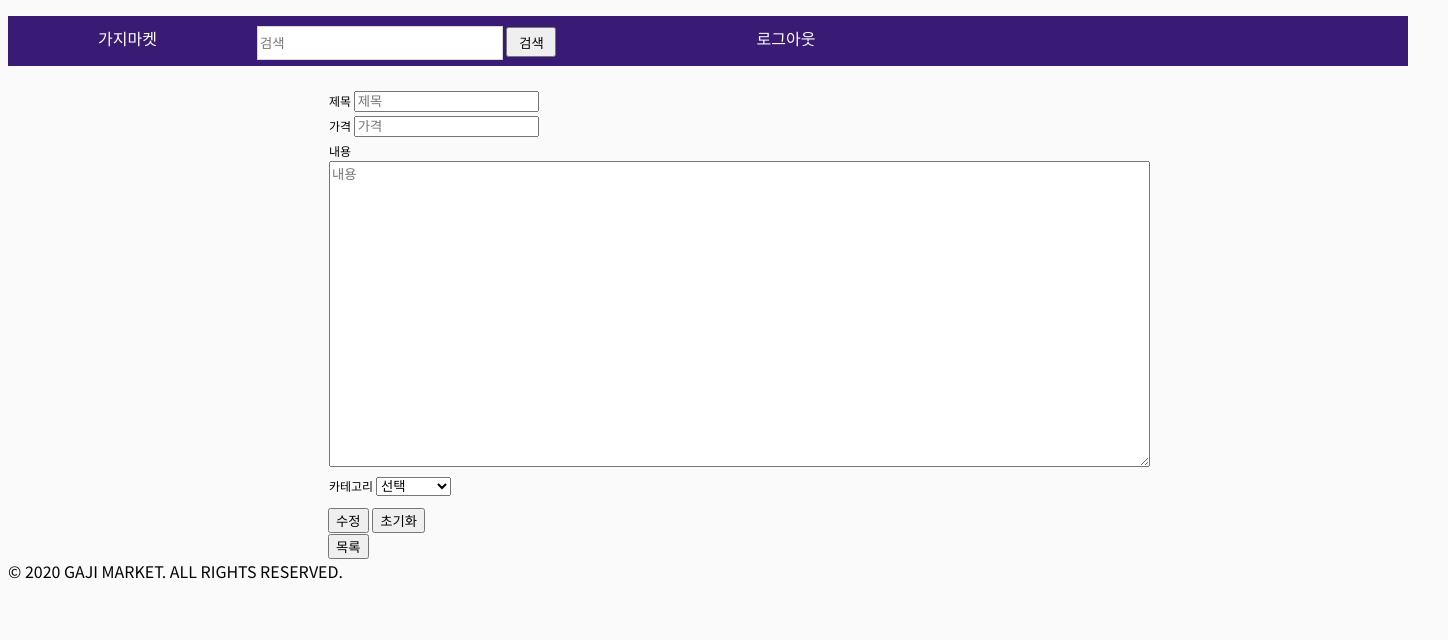
Repository: dblee0128/gajimarket
Page: http://localhost/GajiMarket/WEB-INF/views/board/modify.jsp
These files come from the project's save history. The page is drawn as it stood at one moment and after the next save; the edit follows.
The browser window is 1280 px wide. The page is 1448 px wide, so the pictures cover 1448 px, including what lies to the right of the window. The pictures show the whole page.
The page is served by Tomcat 9. Nobody is signed in. The template is opened directly, without the code that normally fills it, so the values that code supplies are empty.

Above is the page before, as saved 2020-10-30 12:39:30.

After the next save:
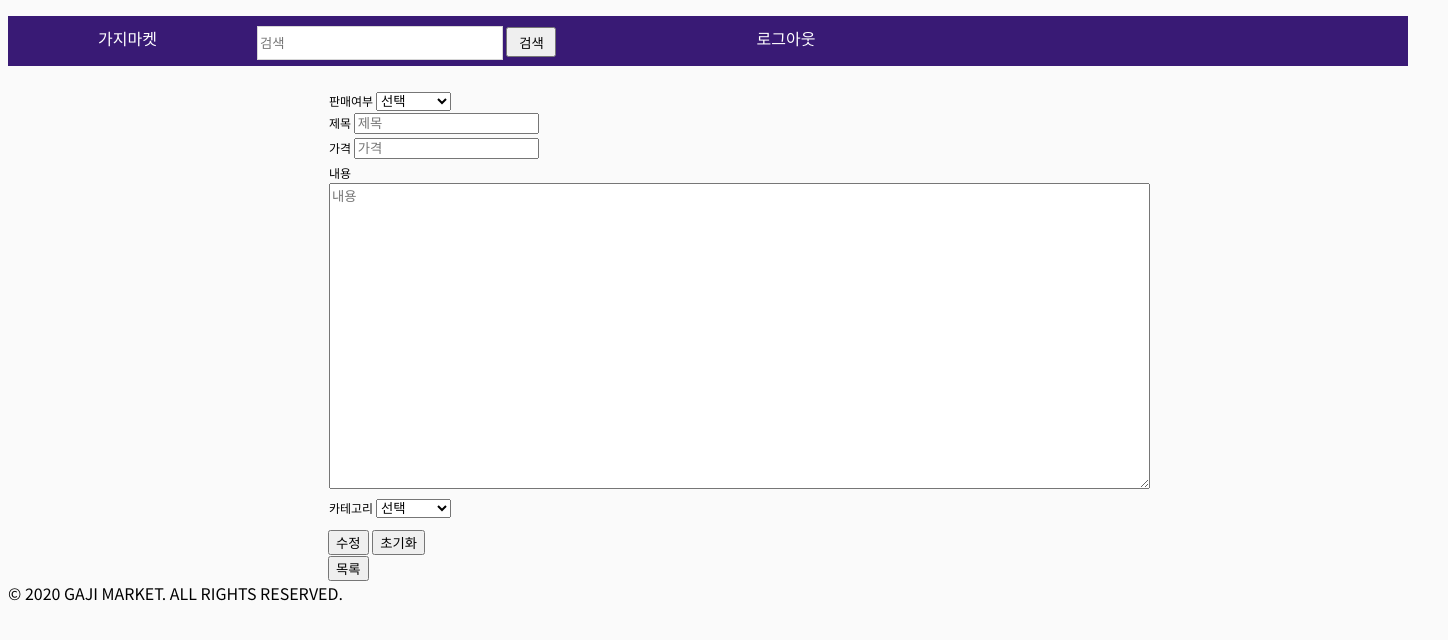
Saved 2 h 50 min later.
--- a/GajiMarket/src/main/webapp/WEB-INF/views/board/modify.jsp
+++ b/GajiMarket/src/main/webapp/WEB-INF/views/board/modify.jsp
@@ -18,6 +18,23 @@
 		<input type="hidden" name="membernum" value="${board.member.membernum}">
 		<input type="hidden" name="boardnum" value="${board.boardnum}">
 			<table id="board_tb" style="text-align: left;">
+				<tr>
+					<td>
+						<label>판매여부</label>
+						<select name="sell">
+							<option value="0">선택</option>
+							<option value="1" <c:if test="${board.category.categorynum == 1}">selected</c:if>>디지털</option>
+							<option value="2" <c:if test="${board.category.categorynum == 2}">selected</c:if>>가구</option>
+							<option value="3" <c:if test="${board.category.categorynum == 3}">selected</c:if>>생활용품</option>
+							<option value="4" <c:if test="${board.category.categorynum == 4}">selected</c:if>>스포츠</option>
+							<option value="5" <c:if test="${board.category.categorynum == 5}">selected</c:if>>의류/잡화</option>
+							<option value="6" <c:if test="${board.category.categorynum == 6}">selected</c:if>>미용</option>
+							<option value="7" <c:if test="${board.category.categorynum == 7}">selected</c:if>>애완동물</option>
+							<option value="8" <c:if test="${board.category.categorynum == 8}">selected</c:if>>도서</option>
+							<option value="9" <c:if test="${board.category.categorynum == 9}">selected</c:if>>기타</option>
+						</select>
+					</td>
+				</tr>
 				<tr>
 					<td>
 						<label>제목</label>
